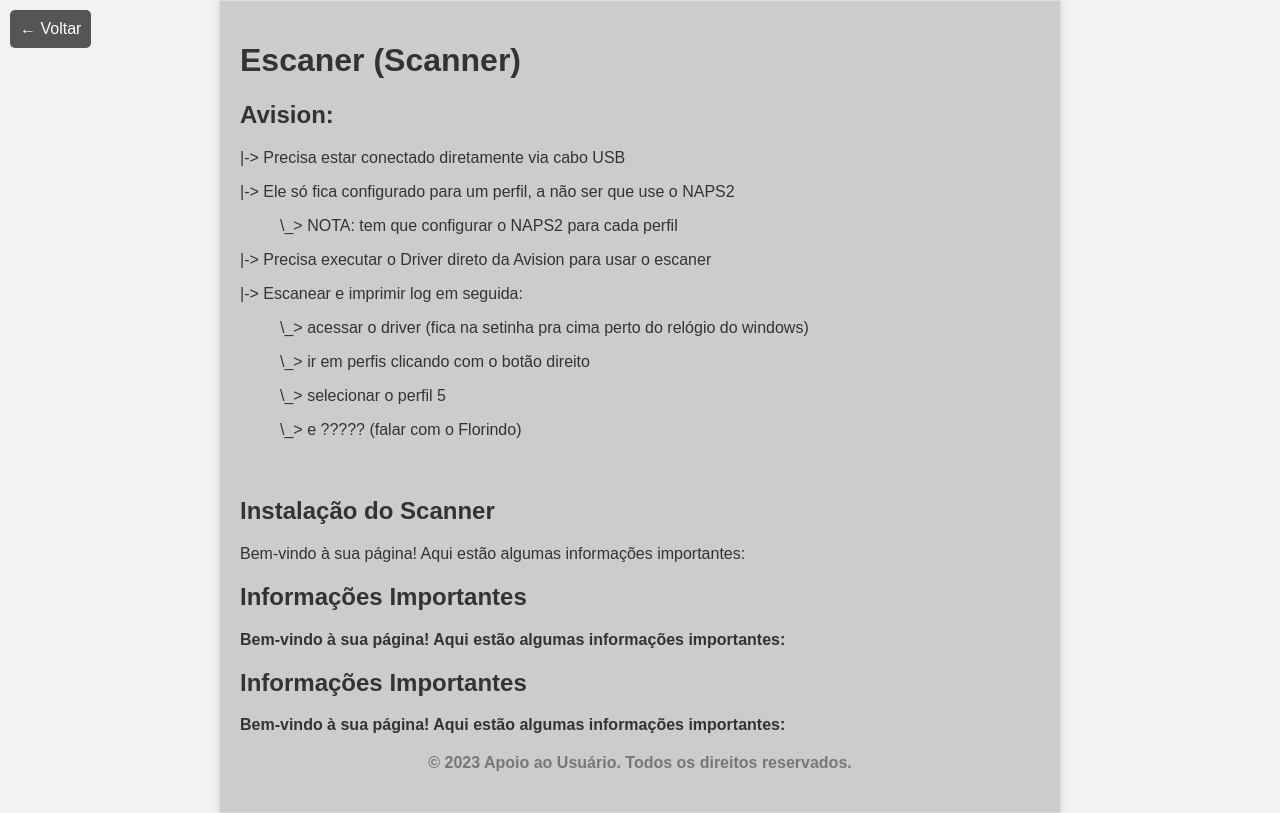
Repository: I4guito/dicasdez
Page: Dicas site/Dicas/scanner.html
The author's editor kept a copy of each file at every save. The page is drawn from the files as they stood at one save, then again after the next save.
The browser window is 1280 px wide. The pictures show the whole page.

Above is the page before, as saved 2023-11-28 14:07:29.

### Dicas site/Dicas/scanner.html
<!DOCTYPE html>
<html lang="pt-br">
<head>
    <meta charset="UTF-8">
    <meta name="viewport" content="width=device-width, initial-scale=1.0">
    <link rel="stylesheet" href="padrao.css">
    <script src="/Dicas site/script.js"></script>
    <title>Scanner</title>
</head>
<body>
    <div class="container">
        <header>
        <a href="javascript:history.back()" class="voltar-btn">&#8592; Voltar</a>
            <h1>Escaner (Scanner)</h1>
        </header>
        <section>
            <h2>Avision:</h2>
            <p>|-> Precisa estar conectado diretamente via cabo USB</p>
            <p>|-> Ele só fica configurado para um perfil, a não ser que use o NAPS2</p>
            <ul>
                <li><blockquote> \_> NOTA: tem que configurar o NAPS2 para cada perfil</li>
            </ul>
            <p>|-> Precisa executar o Driver direto da Avision para usar o escaner</p>
            <p>|-> Escanear e imprimir log em seguida:</p>
            <blockquote>\_> acessar o driver (fica na setinha pra cima perto do relógio do windows)</blockquote>
            <blockquote>\_> ir em perfis clicando com o botão direito</blockquote>
            <blockquote>\_> selecionar o perfil 5</blockquote>
            <blockquote>\_> e ????? (falar com o Florindo)</blockquote>
            <p></p>

        </section><br>

        <section>
            <h2>Instalação do Scanner</h2>
            <p>Bem-vindo à sua página! Aqui estão algumas informações importantes:</p>
            <ul>
                <li><strong></li>
                <li><strong></li>
            </ul>
        </section>
        <section>
            <h2>Informações Importantes</h2>
            <p>Bem-vindo à sua página! Aqui estão algumas informações importantes:</p>
            <ul>
                <li><strong></li>
                <li><strong></li>
            </ul>
        </section>
        <section>
            <h2>Informações Importantes</h2>
            <p>Bem-vindo à sua página! Aqui estão algumas informações importantes:</p>
            <ul>
                <li><strong></li>
                <li><strong></li>
            </ul>
        </section>
        <footer>
            <p>&copy; 2023 Apoio ao Usuário. Todos os direitos reservados.</p>
        </footer>
    </div>
</body>
</html>

### Dicas site/Dicas/padrao.css
body {
    font-family: 'Arial', sans-serif;
    margin: 0;
    padding: 0;
    background-color: #f2f2f2;
    color:#fff
}

.container {
    max-width: 800px;
    margin: 0 auto;
    background-color: #ccc;
    padding: 20px;
    box-shadow: 0 0 10px rgba(0, 0, 0, 0.1);
    border: 1px solid #ddd;
    color: #333;
}

header, section, footer {
    margin-bottom: 20px;
}

header h1, section h2 {
    color: #333;
}

ul {
    list-style: none;
    padding: 0;
}

li {
    margin-bottom: 10px;
}

footer {
    text-align: center;
    color: #777;
}

.voltar-btn {
    position: absolute;
    left: 10px;
    top: 10px;
    text-decoration: none;
    color: #fff;
    font-size: 16px;
    padding: 10px;
    background-color: #555;
    border: none;
    border-radius: 5px;
    cursor: pointer;
    transition: background-color 0.3s;
}

.voltar-btn:hover {
    background-color: #777;
}

img {

    margin-inline: 5cm;
    max-width: 100%;
    border-radius: 3%;
}

.link-instrucoes {
    font-family:cursive;
    width: 50px;
    left: 10px;
    text-decoration: none;
    color: #fff;
    font-size: 25px;
    padding: 3px;
    background-color: #555;
    border: none;
    border-radius: 10px;
    cursor: pointer;
    transition:  background-color 0.3s;
}

.link-instrucoes:hover {
    background-color:#777
}

### Dicas site/script.js
function filterItems() {
    var searchBar = document.getElementById('searchBar');
    var filter = searchBar.value.toUpperCase();

    var columns = document.getElementsByClassName('column');
    for (var i = 0; i < columns.length; i++) {
        var boxes = columns[i].getElementsByClassName('box');
        for (var j = 0; j < boxes.length; j++) {
            var item = boxes[j];
            var textValue = item.textContent || item.innerText;
            if (textValue.toUpperCase().indexOf(filter) > -1) {
                item.style.display = "";
            } else {
                item.style.display = "none";
            }
        }
    }
}

function openPage(pageName) {
    // Assuming all pages are in the same directory, you can modify the path as needed
    window.location.href = pageName + '.html';
}


    const isOpera = navigator.userAgent.indexOf("OPR") > -1;


    if (isOpera) {
      document.addEventListener("DOMContentLoaded", function () {
        document.querySelector(".container").style.backgroundColor = "#005c4b"; /* Azul claro para o Opera */
        document.querySelector(".container").style.color = "#333";
      });
    }

After the next save:
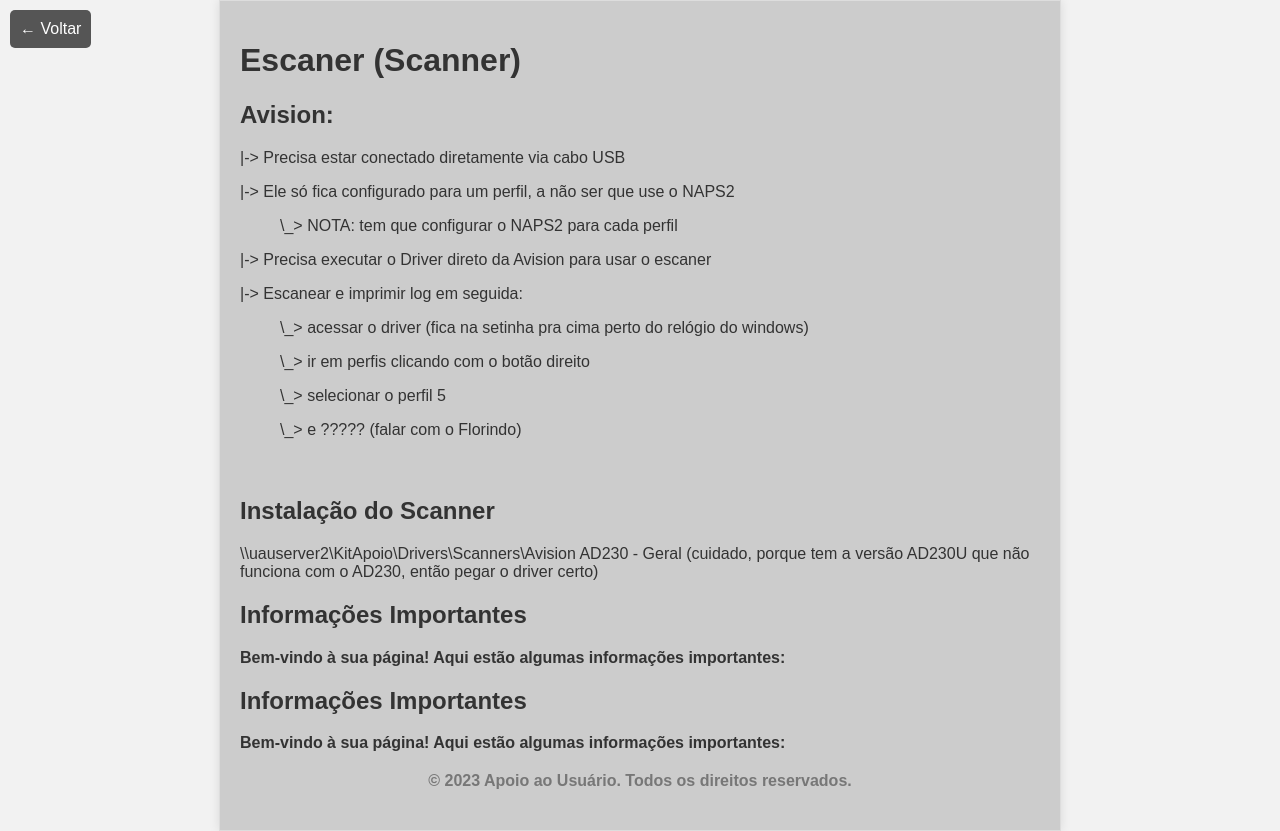
Saved 13 s later.
--- a/Dicas site/Dicas/scanner.html
+++ b/Dicas site/Dicas/scanner.html
@@ -32,7 +32,7 @@
 
         <section>
             <h2>Instalação do Scanner</h2>
-            <p>Bem-vindo à sua página! Aqui estão algumas informações importantes:</p>
+            <p>\\uauserver2\KitApoio\Drivers\Scanners\Avision AD230 - Geral (cuidado, porque tem a versão AD230U que não funciona com o AD230, então pegar o driver certo)</p>
             <ul>
                 <li><strong></li>
                 <li><strong></li>
